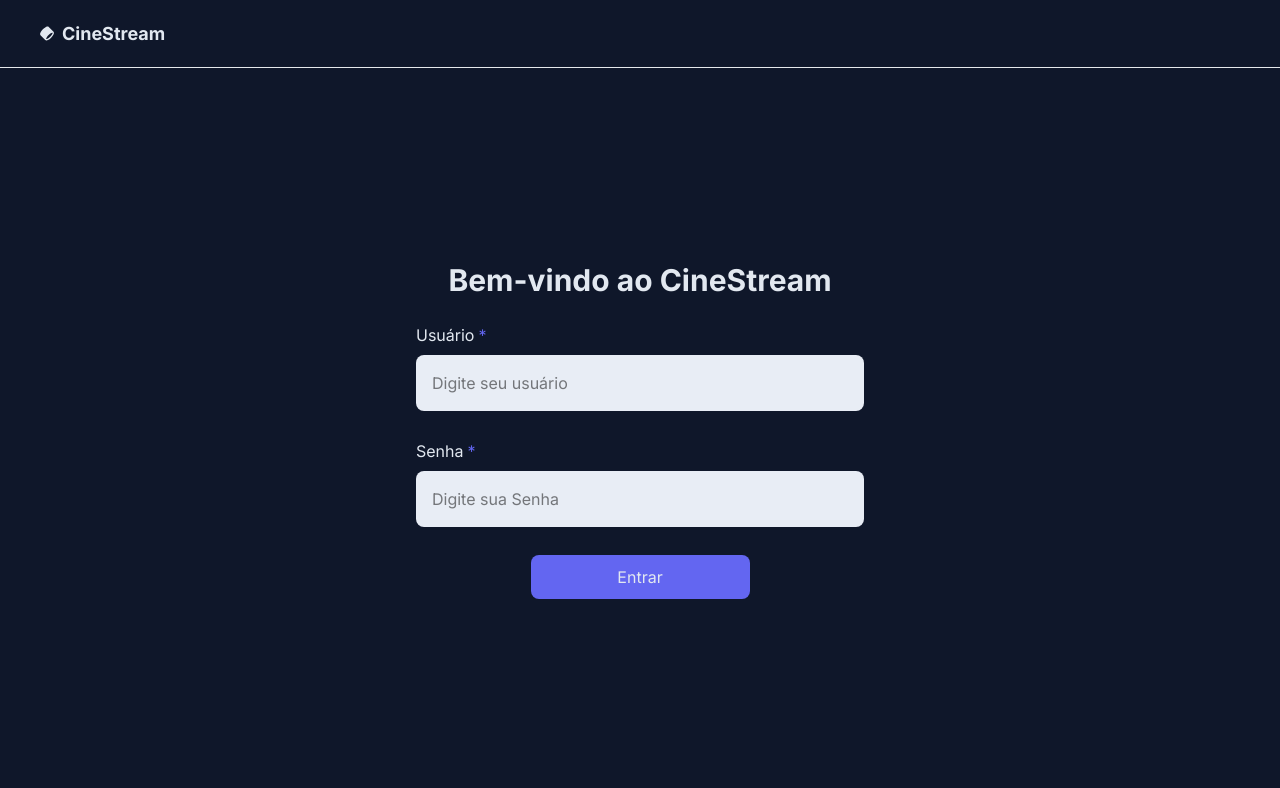
Repository: GabrielMA0/CineStream
Page: /login
An editor plug-in stored every save of this project. The page is shown before and after the next save, followed by the edit.
The browser window is 1280 px wide. The pictures show the whole page.
The project was rebuilt for these pictures with package versions that can differ from the ones it lists, and the page was loaded fresh each time. Also part of the build but not shown: vite.config.ts, src/pages/Users.vue, src/pages/Clients.vue, src/pages/Rental.vue.

Above is the page before, as saved 2025-07-23 14:38:29.

### index.html
<!doctype html>
<html lang="en">
  <head>
    <meta charset="UTF-8" />
    <link rel="icon" type="image/svg+xml" href="/Logo.svg" />
    <meta name="viewport" content="width=device-width, initial-scale=1.0" />
    <title>CineStream</title>
  </head>
  <body>
    <div id="app"></div>
    <script type="module" src="/src/main.ts"></script>
  </body>
</html>

### src/main.ts
import { createApp } from 'vue'
import './style.css'
import App from './App.vue'
// @ts-ignore
import router from './router/router.js'

createApp(App).use(router).mount('#app')

### src/App.vue
<script setup lang="ts">
import Header from './components/organisms/Header.vue';
</script>

<template>
  <Header></Header>
  <router-view></router-view>
</template>

<style>
@import url('https://fonts.googleapis.com/css2?family=Inter:ital,opsz,wght@0,14..32,100..900;1,14..32,100..900&display=swap');
  body{
    background-color: #0F172A;
    font-family: "Inter", sans-serif;
    overflow: hidden;
  }
</style>

### src/router/router.ts
// src/router/index.js
import { createRouter, createWebHistory } from 'vue-router'
import Login from '../pages/Login.vue'
import Users from '../pages/Users.vue'
import Clients from '../pages/Clients.vue'
import Rental from '../pages/Rental.vue'

const routes = [
    {
        path: '/login',
        name: 'Login',
        component: Login,
    },
    {
        path: '/users',
        name: 'Users',
        component: Users,
    },
    {
        path: '/clients',
        name: 'Clients',
        component: Clients,
    },
    {
        path: '/rental',
        name: 'Rental',
        component: Rental,
    },
]

const router = createRouter({
    history: createWebHistory(),
    routes,
})

export default router

### src/components/organisms/Header.vue
<script setup lang="ts">
import Logo from '../atoms/Logo.vue';
import NavLink from '../molecules/NavLink.vue';
</script>

<template>
    <header class="flex gap-2 px-[40px] py-[20px] border-b-[1px] border-b-[#E5E8EB]">
        <Logo></Logo>
    </header>

</template>

<style scoped>
</style>

### src/pages/Login.vue
<script setup lang="ts">
import LoginForm from '../components/organisms/Forms/LoginForm.vue';
</script>

<template>
    <main class="flex flex-col justify-center items-center h-screen gap-5 relative">
        <h1 class="text-[#E2E8F0] text-[30px] font-bold">Bem-vindo ao CineStream</h1>
        <LoginForm></LoginForm>
    </main>

</template>

<style scoped>
</style>

### src/components/atoms/Logo.vue
<script setup lang="ts">
</script>

<template>
    <div class="flex gap-2">
        <img src="/Logo.svg" alt="Logo" />
        <span class="text-[#E2E8F0] font-bold text-[18px]">CineStream</span>
    </div>

</template>

<style scoped>
</style>

### src/components/organisms/Forms/LoginForm.vue
<script setup lang="ts">
import Button from '../../atoms/Button.vue';
import Alert from '../../atoms/Alert.vue';
import InputField from '../../molecules/InputField.vue';
import { useForm } from 'vee-validate'
import * as yup from 'yup'
import { ref } from 'vue'
import { useRouter } from 'vue-router'


const router = useRouter()

const schema = yup.object({
  user: yup.string().required('Campo obrigatório'),
  password: yup.string().required('Campo obrigatório').min(5, 'A senha deve ter pelo menos 5 caracteres'),
});

const { handleSubmit } = useForm({
  validationSchema: schema
});

const adminAccount = {
  user: 'admin',
  password: 'admin'
}

const showAlert = ref(false);

const onSubmit = handleSubmit(values => {
  if(values.user === adminAccount.user && values.password === adminAccount.password) {
     router.push('/users')

  } else {
    showAlert.value = true;

    setTimeout(() => {
      showAlert.value = false;
    }, 3000);

  }
});

</script>

<template>
    <form @submit.prevent="onSubmit" class="flex flex-col justify-center items-center gap-5">
        <InputField
          class="w-[448px]"
          messageLabel="Usuário"
          placeHolder="Digite seu usuário"
          :isRequired=true
          typeField="text"
          name="user"
        />
        <InputField
          class="w-[448px]"
          messageLabel="Senha"
          placeHolder="Digite sua Senha"
          :isRequired="true"
          typeField="password"
          name="password"
        />
        <Button typeBtn="submit">Entrar</Button>
    </form>

    <Alert v-show="showAlert">Usuário ou senha incorretos</Alert>
</template>

<style scoped>
</style>

### src/components/atoms/Button.vue
<script setup lang="ts">
defineProps({
  typeBtn: String,
});
</script>

<template>
  <button :type="typeBtn" class="p-[10px] bg-[#6366F1] text-[#E2E8F0] border-none rounded-[8px] min-w-[219px] cursor-pointer hover:bg-[#4F46E5]">
    <slot></slot>
  </button>
</template>

<style scoped>
</style>

### src/components/atoms/Alert.vue
<script setup lang="ts">

</script>

<template>
    <div class="bg-[#ff4242] p-5  rounded-[10px] border-[#ff0000] border-1 absolute top-[20px]">
        <span class="text-white text-[12px]">
            <slot></slot>
        </span>
    </div>

</template>

<style scoped>
</style>

### src/components/molecules/InputField.vue
<script setup lang="ts">
import Label from '../atoms/Label.vue';
import Input from '../atoms/Input.vue';
import ErrorMessage from '../atoms/ErrorMessage.vue';

defineProps({
  messageLabel: String,
  placeHolder: String,
  typeField: String,
  isRequired: Boolean,
  name: String
});

const emit = defineEmits(['update:modelValue']);
</script>

<template>
    <div class="flex flex-col gap-2">
        <Label :isRequired="isRequired" class="text-[#E2E8F0]">{{messageLabel}}</Label>
        <Input
        :type="typeField"
        @update:modelValue="emit('update:modelValue', $event)"
        :placeholder="placeHolder"
        class="outline-none border-none p-[16px] w-full bg-[#E8EDF5] rounded-[8px] max-w-[448px]"
        :name="name"
        />
        <ErrorMessage :name="name"></ErrorMessage>
    </div>
</template>

<style scoped>
</style>

### src/components/atoms/Label.vue
<script setup lang="ts">
defineProps({
  isRequired: Boolean
});
</script>

<template>
    <label class="text-[#E2E8F0] flex gap-1">
        <slot></slot>
        <span v-show="isRequired" class="text-[#6366F1]">*</span>
    </label>
</template>

<style scoped>
</style>

### src/components/atoms/Input.vue
<script setup lang="ts">
import { useField } from 'vee-validate';

const props = defineProps({
  placeHolder: String,
  name: String,
  typeField:String
});

const { value: fieldValue } = useField(() => props.name ?? '');

</script>

<template>
    <input
      v-model="fieldValue"
      :type="typeField"
      :placeholder="placeHolder"
      class="outline-none border-none p-[16px] w-full bg-[#E8EDF5] rounded-[8px] max-w-[448px]"
    />
</template>

<style scoped>
</style>

### src/components/atoms/ErrorMessage.vue
<script setup lang="ts">
import { useField } from 'vee-validate';

const props = defineProps({
  name: String
});

const { errorMessage: errorM } = useField(() => props.name ?? '');

</script>

<template>
    <span v-show="errorM !== ''" class="text-[#EF4444] text-[12px]">
        {{errorM}}
    </span>
</template>

<style scoped>
</style>

### src/components/molecules/NavLink.vue
<script setup lang="ts">
import Link from '../atoms/Link.vue';
</script>

<template>
    <nav class="text-[#E2E8F0] flex gap-1">
        <Link>Usuários</Link>
        <Link>Clientes</Link>
        <Link>Locação</Link>
        <Link>Sair</Link>
    </nav>
</template>

<style scoped>
</style>

### src/components/atoms/Link.vue
<script setup lang="ts">
</script>

<template>
    <span class="text-[#E2E8F0] flex gap-1">
        <slot>Usuários</slot>
    </span>
</template>

<style scoped>
</style>

Loaded but not shown: src/style.css (common file)

After the next save:
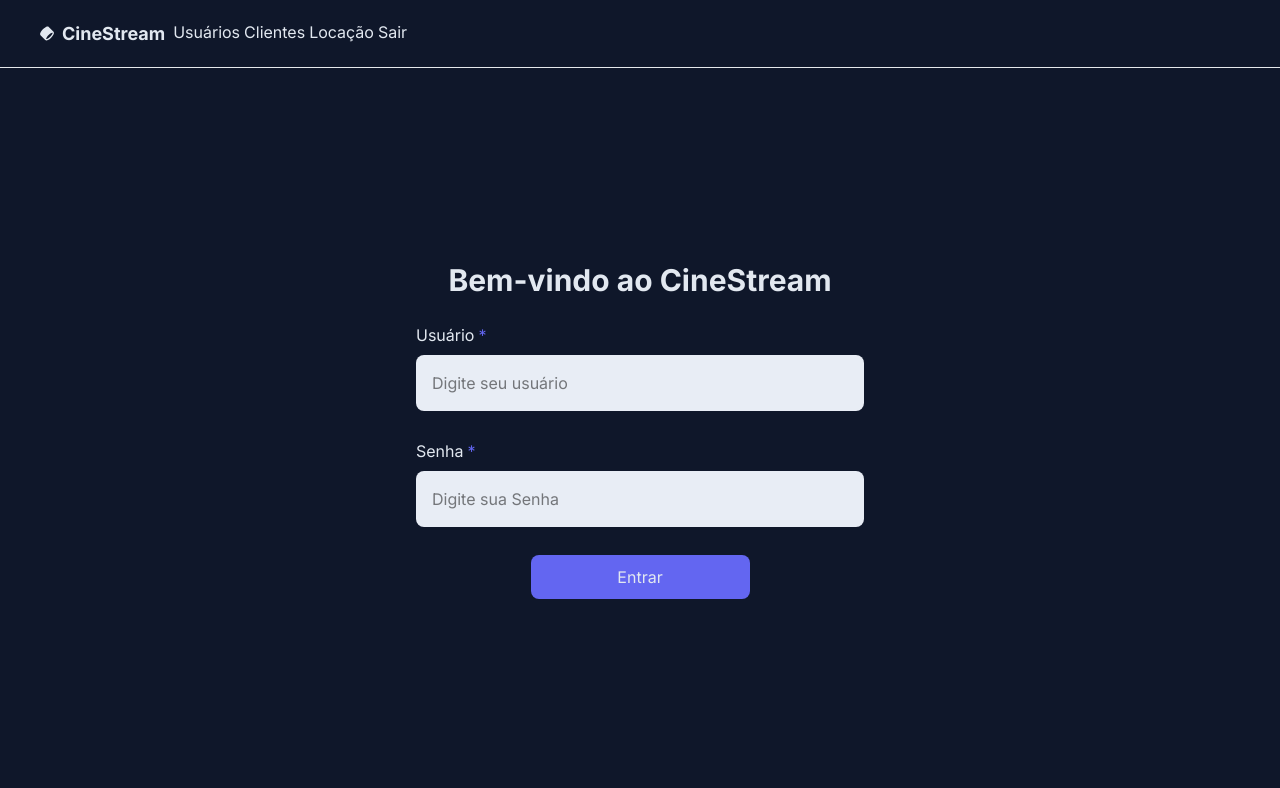
Saved 4 s later.
--- a/src/components/organisms/Header.vue
+++ b/src/components/organisms/Header.vue
@@ -6,6 +6,7 @@
 <template>
     <header class="flex gap-2 px-[40px] py-[20px] border-b-[1px] border-b-[#E5E8EB]">
         <Logo></Logo>
+        <NavLink></NavLink>
     </header>
 
 </template>
